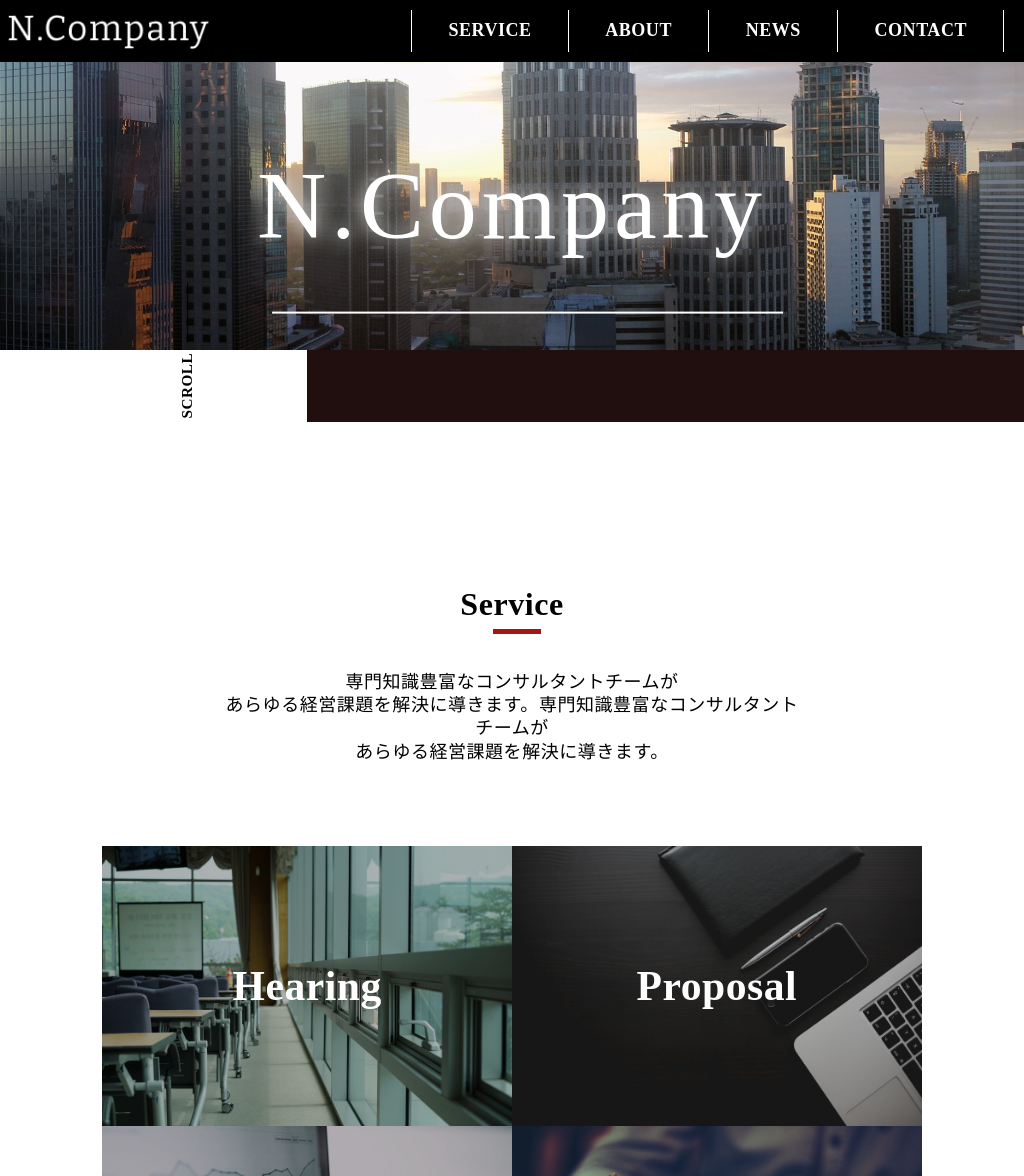
Repository: nozomi-23/hp2_test
Page: index.html
The author's editor kept a copy of each file at every save. The page is drawn from the files as they stood at one save, then again after the next save.
The browser window is 1024 px wide. The pictures show the part of the page from y = 0 to 1176 px (the page is 3364 px tall before and 3724 px after).
A picture or video elsewhere on the page could not be fetched, so the positions and the page height are approximate. Some web fonts or font styles are not loaded; a fallback is used. Some web libraries are served in a nearby version.

Above is the page before, as saved 2022-06-26 22:43:26.

After the next save:
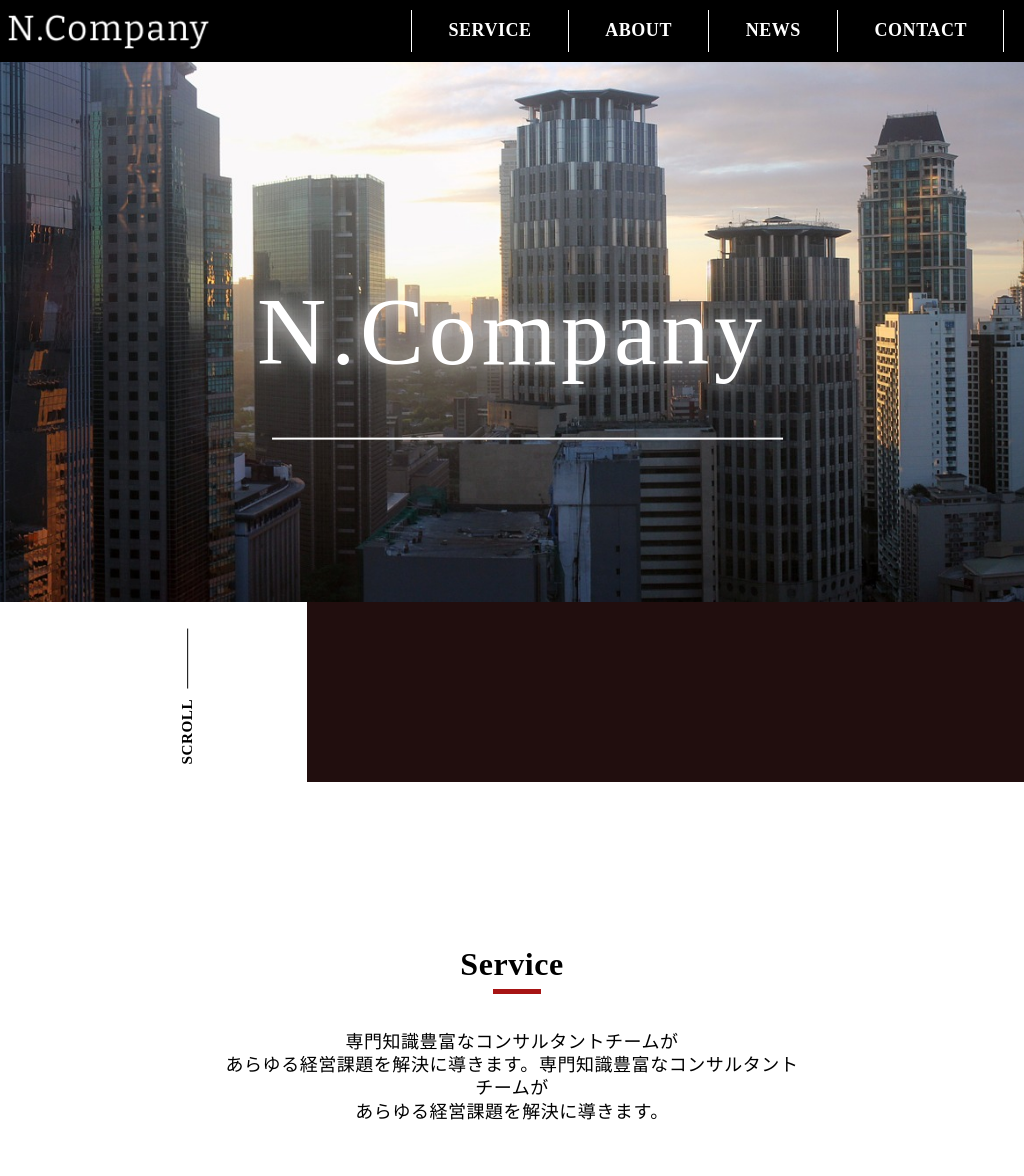
Saved 47 s later.
--- a/css/index.css
+++ b/css/index.css
@@ -227,20 +227,3 @@ news
   transition: 0.4s;
   transform: translateY(-1rem);
 }
-/* =====================
-レスポンシブ  1024
-========================*/
-@media screen and (max-width: 1024px) {
-
-  .bg_img_wrapper {
-    height: 40vh;
-  }
-
-  .first_view {
-    height: 50vh;
-  }
-
-  .fv_txt_wrapper {
-    top: 52%;
-  }
-}

After the 3 saves that followed:
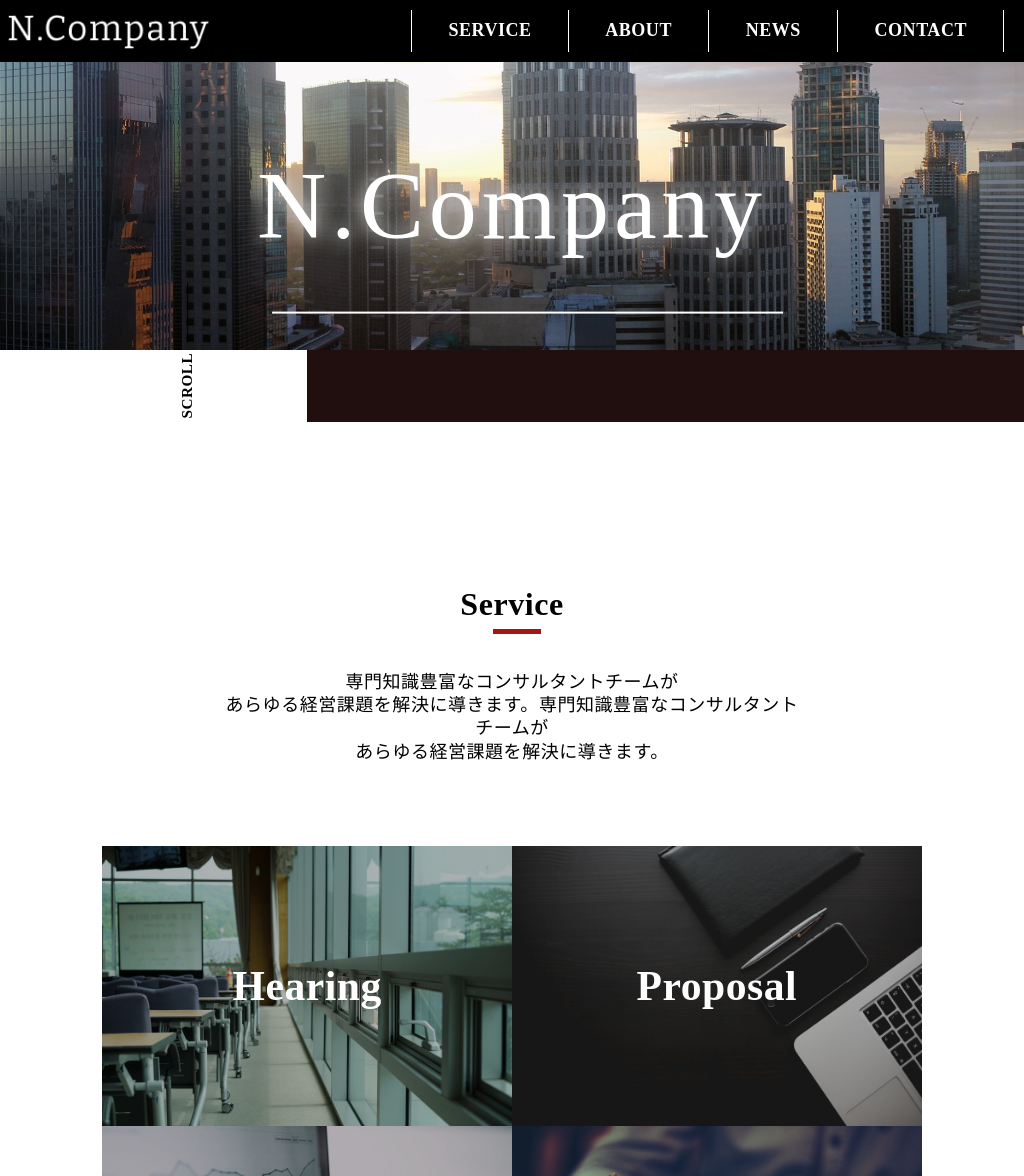
The 3 saves are shown as one change because 2 left the picture as it was.
The last was saved 42 s later.
--- a/css/index.css
+++ b/css/index.css
@@ -227,3 +227,20 @@ news
   transition: 0.4s;
   transform: translateY(-1rem);
 }
+/* =====================
+レスポンシブ  1024
+========================*/
+@media screen and (max-width: 1024px) {
+
+  .bg_img_wrapper {
+    height: 40vh;
+  }
+
+  .first_view {
+    height: 50vh;
+  }
+
+  .fv_txt_wrapper {
+    top: 52%;
+  }
+}
